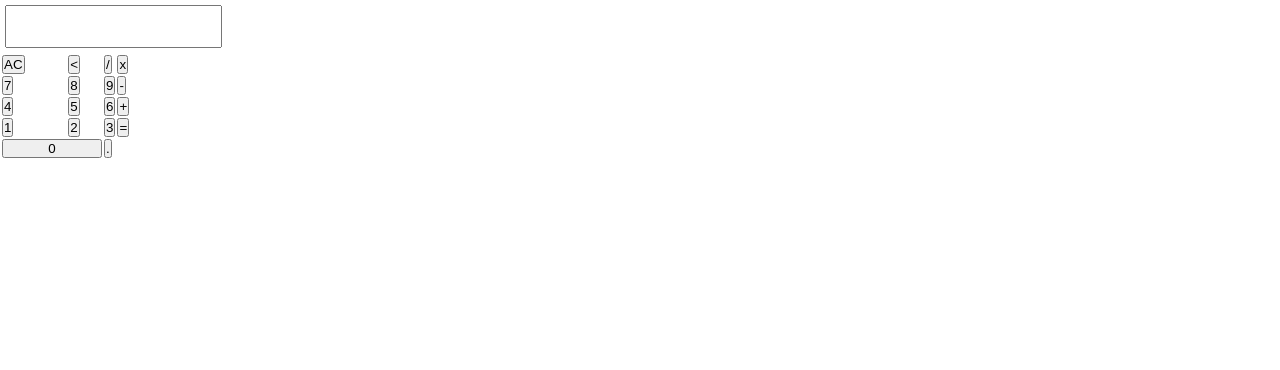
Repository: lacey-crenshaw/calculator
Page: index.html
The author's editor kept a copy of each file at every save. The page is drawn from the files as they stood at one save, then again after the next save.
The browser window is 1280 px wide. The pictures show the whole page.

Above is the page before, as saved 2020-02-14 09:41:35.

After the next save:
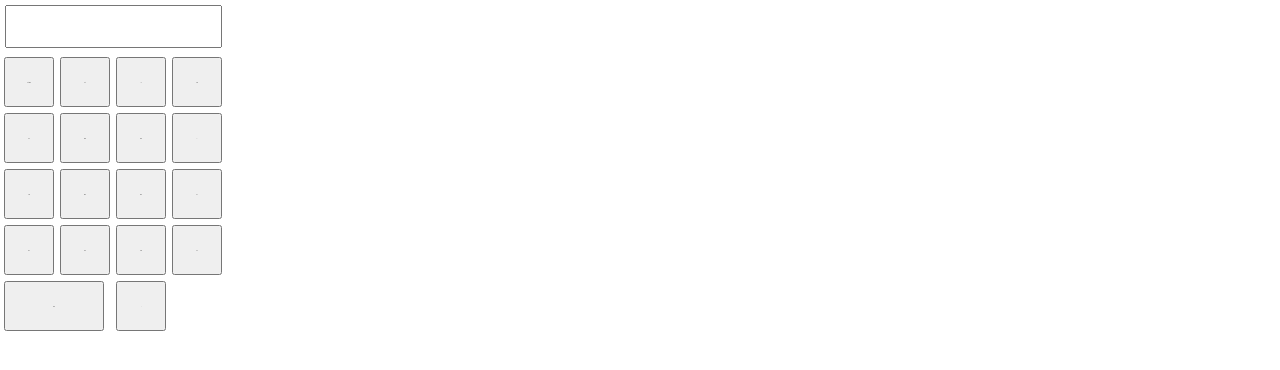
Saved 7 s later.
--- a/index.html
+++ b/index.html
@@ -27,7 +27,7 @@
                 padding:0;
             }
 
-            button {
+            .button {
                 width: 50;
                 height: 50;
                 font-size: 2.5;
